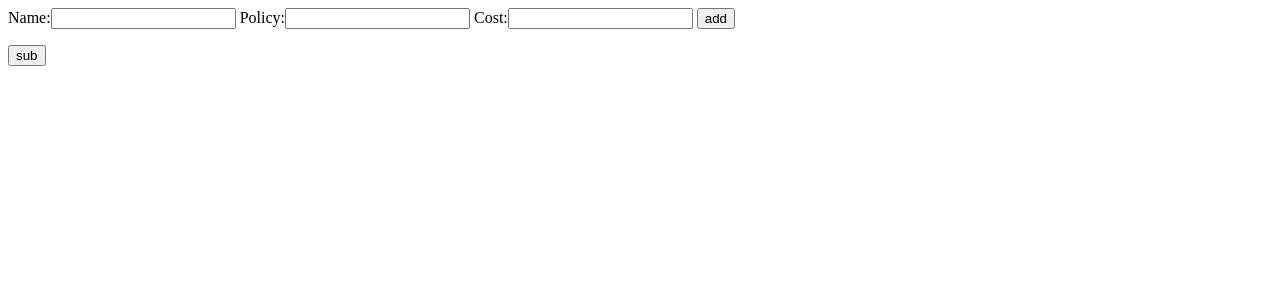
Repository: GOUTHAMREDDY1198/DBS_SPRING
Page: http://localhost/Insurance/
An editor plug-in stored every save of this project. The page is shown before and after the next save, followed by the edit.
The browser window is 1280 px wide. The pictures show the whole page.
The page is served by Tomcat 9. Other server files are loaded and not shown.

Above is the page before, as saved 2020-11-12 03:53:32.

### Insurance/WebContent/index.jsp
<form action="add" method="get">
Name:<input type="text" name="name"/>
Policy:<input type="text" name="policy"/>
Cost:<input type="text" name="cost"/>
<input type="submit" value="add" />

</form>

<form action="sub" method="get" >
<input type="submit" value="sub"/>
</form>

After the next save:
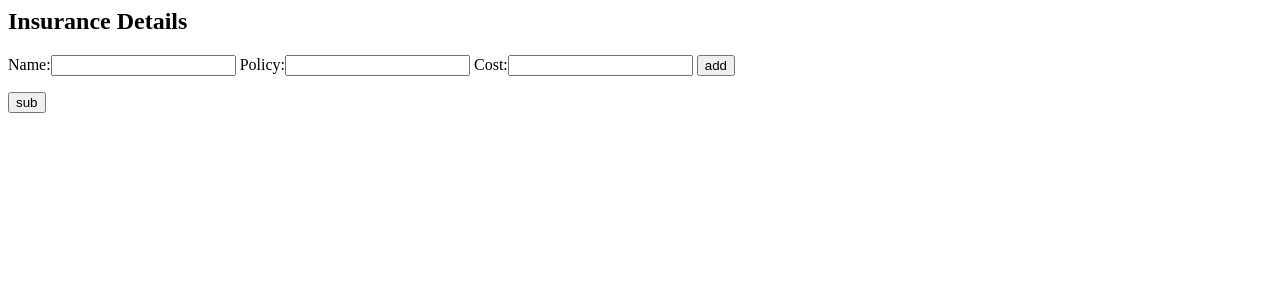
Saved 82 s later.
--- a/Insurance/WebContent/index.jsp
+++ b/Insurance/WebContent/index.jsp
@@ -1,3 +1,5 @@
+
+<h2>Insurance Details</h2>
 <form action="add" method="get">
 Name:<input type="text" name="name"/>
 Policy:<input type="text" name="policy"/>
